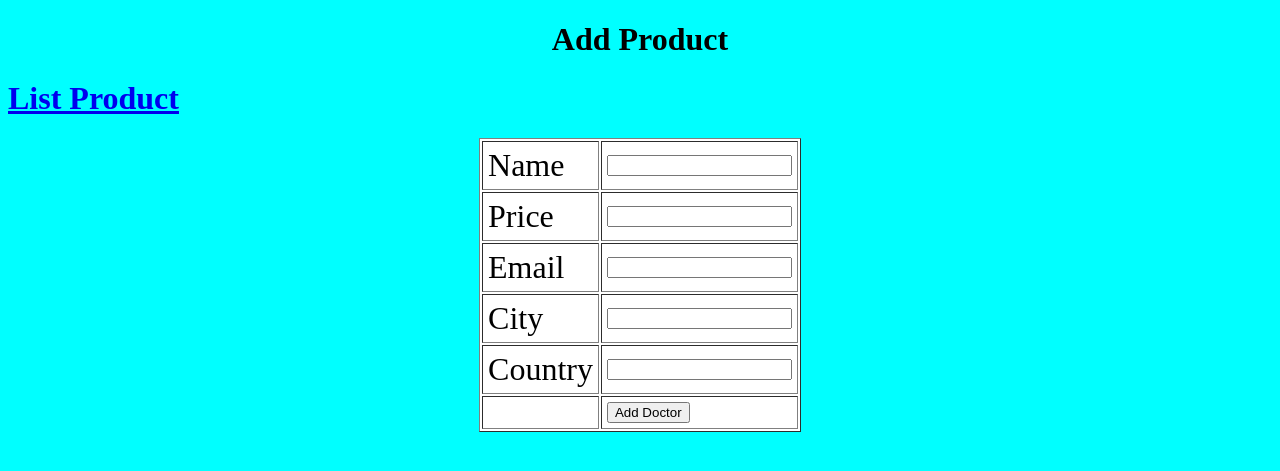
Repository: pawankas/Java_Personal
Page: http://localhost/ProductManagement/addProduct.jsp
These files come from the project's save history. The page is drawn as it stood at one moment and after the next save; the edit follows.
The browser window is 1280 px wide. The pictures show the whole page.
The page is served by Tomcat 9. Nobody is signed in. The application's start-up code is not run.

Above is the page before, as saved 2022-03-09 05:37:17.

After the next save:
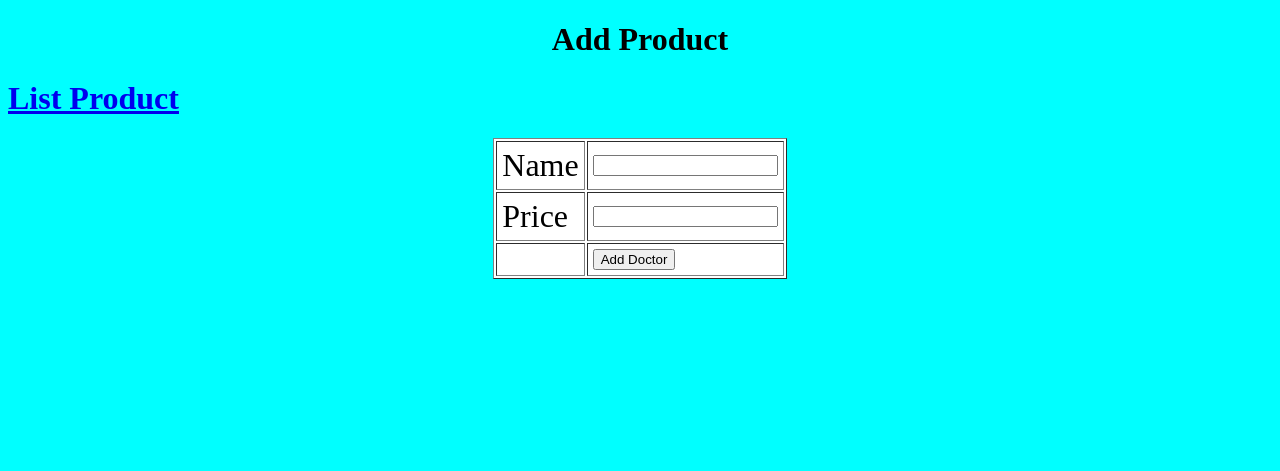
Saved 10 s later.
--- a/ProductManagement/WebContent/addProduct.jsp
+++ b/ProductManagement/WebContent/addProduct.jsp
@@ -22,19 +22,7 @@
         <td>Price</td>
         <td><input type="text" name="price"></td>
       </tr>
-      <tr>
-        <td>Email</td>
-        <td><input type="text" name="email"></td>
-      </tr>
-      <tr>
-        <td>City</td>
-        <td><input type="text" name="city"></td>
-      </tr>
-      <tr>
-        <td>Country</td>
-        <td><input type="text" name="country"></td>
-      </tr>
-      <tr>
+
         <td></td>
         <td><input type="submit" name="Action" value="Add Doctor"></td>
       </tr>
